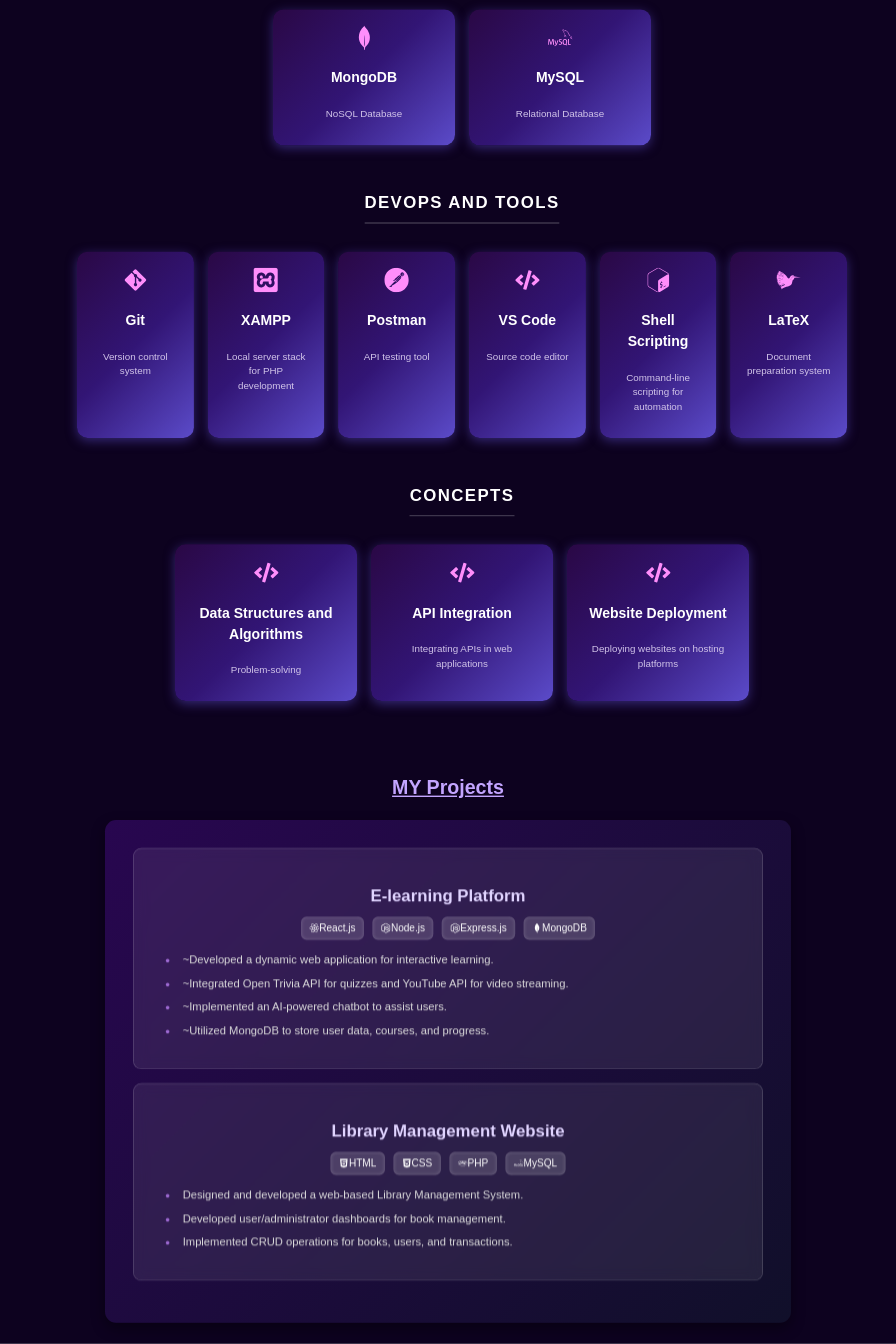
Repository: harshitap1305/Portfolio
Page: /
The author's editor kept a copy of each file at every save. The page is drawn from the files as they stood at one save, then again after a run of saves.
The browser window is 1280 px wide. The pictures show the part of the page from y = 2041 to 3961 px (the page is 3961 px tall), at 70% of full size.
The project was rebuilt for these pictures with package versions that can differ from the ones it lists, and the page was loaded fresh each time. Also part of the build but not shown: vite.config.js.

Above is the page before, as saved 2025-03-27 21:56:25.

### index.html
<!doctype html>
<html lang="en">
  <head>
    <meta charset="UTF-8" />

    <meta name="viewport" content="width=device-width, initial-scale=1.0" />
    <title>Harshita's Portfolio</title>
  </head>
  <body>
    <div id="root"></div>
    <script type="module" src="/src/main.jsx"></script>
  </body>
</html>

### src/App.jsx
import Home from './Home.jsx'

function App() {


  return (
    <>
      <Home/>
    </>
  )
}

export default App

### src/Home.jsx
import React from 'react';
import harshita from './assets/harshita.png';
import './App.css';
import { FaReact, FaHtml5, FaCss3Alt,FaNodeJs, FaPhp,FaGitAlt } from "react-icons/fa";
import { SiNextdotjs, SiExpress,SiMysql,SiMongodb,SiXampp,SiPostman,SiGnubash,SiLatex,SiC,SiCplusplus,SiJavascript } from "react-icons/si";
import { FaCode } from "react-icons/fa";
import Projects from './Projects';

import Cards from './Cards';
const skillsData=[
    {
        category: "Languages",
        skills: [
          { name: "C", description: "Procedural programming language", icon: <SiC/> },
          { name: "C++", description: "Object-oriented programming language", icon: <SiCplusplus/> },
          { name: "Javascript", description: "Scripting language for web development", icon: <SiJavascript/> },

        ]
      },
    {
        category: "Frontend",
        skills: [
          { name: "React.js", description: "Frontend Library", icon: <FaReact/> },
          { name: "HTML", description: "Markup Language", icon: <FaHtml5 /> },
          { name: "CSS", description: "Styling", icon: <FaCss3Alt /> },
          { name: "Next.js", description: "Frontend Framework", icon: <SiNextdotjs /> }
        ]
      },
      {
        category: "Backend",
        skills: [
          { name: "Node.js", description: " JavaScript runtime", icon: <FaNodeJs /> },
          { name: "Express.js", description: "Node.js web framework.", icon: <SiExpress /> },
          { name: "PHP", description: "Backend scripting language", icon: <FaPhp /> }
        ]
      },
      {
        category: "Database",
        skills: [
          { name: "MongoDB", description: "NoSQL Database", icon: <SiMongodb/> },
          { name: "MySQL", description: "Relational Database", icon: <SiMysql /> }
        ]
      },
      {
        category: "DevOps and Tools",
        skills: [
            { name: "Git", description: "Version control system",icon: <FaGitAlt/>,  },
            { name: "XAMPP", description: "Local server stack for PHP development",icon: <SiXampp/>,  },
            { name: "Postman", description: "API testing tool",icon: <SiPostman/> },
            {  name: "VS Code", description: "Source code editor",icon:  <FaCode/>},
            {  name: "Shell Scripting", description: "Command-line scripting for automation",icon: <SiGnubash/> },
            { name: "LaTeX", description: "Document preparation system",icon: <SiLatex/> }
          ]
      },
      {
      category:"Concepts",
      skills:[
        { name: "Data Structures and Algorithms", description: "Problem-solving", icon: <FaCode/> },
        {name:"API Integration",description:"Integrating APIs in web applications",icon:<FaCode/>},
        { name:"Website Deployment",description:"Deploying websites on hosting platforms",icon:<FaCode/> }
      ]
      }
]
const Home = () => {
  return (
    <>
      <img src={harshita} alt="Harshita Patidar" className="harshita" />
      <h2 className="name">Hey, I am Harshita Patidar!</h2>
      <p className="tagline">Computer Science and Engineering (B.Tech) | IIT Bhilai</p>
      <p className="subtext">
      🚀 Passionate developer | Problem solver | Lifelong learner
      </p>
      <p className='intro'>I am Harshita Patidar, a Computer Science and Engineering student at IIT Bhilai, driven by a passion for software development, problem-solving, and impactful technology solutions. I have built and deployed full-stack web applications using React.js, Node.js, Express.js, and MongoDB.I thrive in dynamic environments where innovation meets purpose, and I am eager to apply my skills to challenges that drive meaningful change.</p>
      <div className="education-container">
        <h1 className="education-heading">Education</h1>
        <ul className="education-list">
          <li>
            <span className="edu-degree">B.Tech in Computer Science and Engineering</span> | <b>IIT Bhilai</b> | <b>CGPA: 8.27/10</b> (2023 - 2027)
          </li>
          <li>
            <span className="edu-degree">12th (MPBSE)</span> | BCM Higher Secondary School, Dewas, MP | <b>92%</b> (2023)
          </li>
        </ul>

      </div>
      <h1 className="skills-heading">My Skills</h1>
      <div className="skills-container">
        {skillsData.map((section, index) => (
          <div key={index} className="skill-section">
            <h3 className="skill-category">{section.category}</h3>
            <div className="skill-grid">
              {section.skills.map((skill, i) => (
                <Cards key={i} icon={skill.icon} name={skill.name} description={skill.description} />
              ))}
            </div>
          </div>
        ))}
      </div>
      <h1 className="projects-heading">MY Projects</h1>
      <Projects/>
    </>
  );
};

export default Home;

### src/App.css
/* Background */
body {
  background-color: #0d021f;
  color: white;
  font-family: 'Poppins', sans-serif;
  text-align: center;
  justify-content: center;
  display: flex;
}

/* Image Styling */
.harshita {
  width: 250px;
  border-radius: 50%;
  display: block;
  margin: 50px auto 10px;
  box-shadow: 0px 0px 50px rgba(255, 255, 255, 0.2);
}

/* Name Styling */
.name {
  font-size: 35px;
  font-weight: bold;
  margin-top: 10px;
  color: #c3a5ff; /* Light purple */
}

/* Tagline Styling */
.tagline {
  font-size: 18px;
  margin-top: 5px;
  opacity: 0.8;
}


/* Subtext */
.subtext {
  font-size: 14px;
  margin-top: 5px;
  opacity: 0.7;
}
/* Intro Box */
.intro {
  font-size: 15px;
  line-height: 1.8;
  max-width: 1100px;
  text-align: center;
  margin-top: 20px;
  color: #e5dbff;
  padding: 10px 20px;

}

/* Highlights in Text */
.intro span {
  color: #8a4bff;
  font-weight: bold;
}
/* Education Section */
.education-container {
  margin-top: 20px;
  padding: 15px;
  text-align: left;
  max-width: 100%;
  justify-content: center;
  text-align: center;
}

.education-heading,.skills-heading,.projects-heading {
  font-size: 28px;
  font-weight: bold;
  color: #c3a5ff;
  margin-bottom: 10px;
  text-decoration: underline;


}

.education-list {
  list-style: none;
  padding: 0;
}

.education-list li {
  font-size: 18px;
  line-height: 1.6;
  margin-bottom: 8px;
}

.edu-degree {
  font-weight: bold;
  color: white;
}
.skills-container {
  display: flex;
  flex-direction: column;
  align-items: center;
  justify-content: center;
  width: 100%;
  padding: 50px 20px;
  color: white;
  justify-content: center;

}

.skill-section {
  width: 100%;
  max-width: 1100px;
  margin-bottom: 40px;
  text-align: center;
  justify-content: center;
}

.skill-category{
  font-size: 24px;
  font-weight: bold;
  color: #fff;
  text-transform: uppercase;
  letter-spacing: 2px;
  margin-bottom: 20px;
  padding-bottom: 10px;
  border-bottom: 2px solid rgba(255, 255, 255, 0.2);
  display: inline-block;
}

.skill-grid {
  display: grid;
  grid-template-columns: repeat(auto-fit, minmax(200px, 1fr));
  gap: 20px;
  justify-content: center;
  margin-top: 20px;
}
.skill-grid:has(:nth-child(2):nth-last-child(1)),
.skill-grid:has(:nth-child(2):nth-last-child(2)) {
  display: flex;
  justify-content: center;
  gap: 20px;
}

### src/Projects.jsx
import { FaReact, FaNodeJs, FaDatabase, FaPhp, FaHtml5, FaCss3Alt } from "react-icons/fa";
import { SiMongodb, SiMysql } from "react-icons/si";
import './Projects.css';
const projectsData = [
  {
    name: "E-learning Platform",
    techStack: [
      { name: "React.js", icon: <FaReact /> },
      { name: "Node.js", icon: <FaNodeJs /> },
      { name: "Express.js", icon: <FaNodeJs /> },
      { name: "MongoDB", icon: <SiMongodb /> }
    ],
    description: [
      "~Developed a dynamic web application for interactive learning.",
      "~Integrated Open Trivia API for quizzes and YouTube API for video streaming.",
      "~Implemented an AI-powered chatbot to assist users.",
      "~Utilized MongoDB to store user data, courses, and progress."
    ]
  },
  {
    name: "Library Management Website",
    techStack: [
      { name: "HTML", icon: <FaHtml5 /> },
      { name: "CSS", icon: <FaCss3Alt /> },
      { name: "PHP", icon: <FaPhp /> },
      { name: "MySQL", icon: <SiMysql /> }
    ],
    description: [
      "Designed and developed a web-based Library Management System.",
      "Developed user/administrator dashboards for book management.",
      "Implemented CRUD operations for books, users, and transactions."
    ]
  }
];

function ProjectsSection() {
  return (
    <div className="projects-container">

      {projectsData.map((project, index) => (
        <div key={index} className="project-box">
          <h3 className="project-title">{project.name}</h3>
          <div className="tech-stack">
            {project.techStack.map((tech, i) => (
              <span key={i} className="tech">
                {tech.icon} {tech.name}
              </span>
            ))}
          </div>
          <ul className="project-description">
            {project.description.map((desc, i) => (
              <li key={i}>{desc}</li>
            ))}
          </ul>
        </div>
      ))}
    </div>
  );
}

export default ProjectsSection;

### src/Cards.jsx
import React from 'react'
import './Cards.css'
const Cards = ({name,description,icon}) => {
  return (
    <>
    <div className="skill-card">
    <div className="skill-icon">{icon}</div>
    <h4>{name}</h4>
    <p>{description}</p>
    </div>
  </>
  )
}

export default Cards

### src/Projects.css
.projects-container {
    padding: 40px;
    border-radius: 16px;
    color: white;
    margin: 30px auto;
    max-width: 900px;
    background: linear-gradient(135deg, rgba(43, 7, 85, 0.9), rgba(17, 17, 43, 0.9));
    box-shadow: 0px 8px 20px rgba(0, 0, 0, 0.4);
  }

  .section-title {
    font-size: 2rem;
    font-weight: bold;
    text-align: center;
    margin-bottom: 25px;
    text-transform: uppercase;
    letter-spacing: 2px;
    color: #d4c3ff;
  }

  .project-box {
    background: rgba(255, 255, 255, 0.08);
    border-radius: 12px;
    padding: 25px;
    margin-bottom: 20px;
    transition: transform 0.3s ease-in-out, box-shadow 0.3s ease-in-out;
    backdrop-filter: blur(10px);
    border: 1px solid rgba(255, 255, 255, 0.2);
  }

  .project-box:hover {
    transform: translateY(-6px);
    box-shadow: 0px 10px 25px rgba(0, 0, 0, 0.5);
  }

  .project-title {
    font-size: 1.5rem;
    font-weight: bold;
    margin-bottom: 12px;
    color: #e0d4ff;
    text-align: center;
  }

  .tech-stack {
    display: flex;
    flex-wrap: wrap;
    gap: 12px;
    margin-bottom: 15px;
    justify-content: center;
  }

  .tech {
    display: flex;
    align-items: center;
    background: rgba(255, 255, 255, 0.15);
    padding: 6px 12px;
    border-radius: 8px;
    font-size: 0.9rem;
    color: white;
    font-weight: 500;
    box-shadow: inset 0 0 6px rgba(255, 255, 255, 0.2);
  }

  .project-description {
    list-style: none;
    padding-left: 20px;
    font-size: 1rem;
    line-height: 1.6;
    text-align: left;
  }

  .project-description li {
    margin-bottom: 8px;
    position: relative;
    padding-left: 25px;
    color: #ddd;
  }

  .project-description li::before {
    content: "•";
    position: absolute;
    left: 0;
    color: #a06cd5; /* Matches the theme */
    font-size: 1.2rem;
  }

### src/Cards.css
.skill-card {
    background: linear-gradient(135deg, #2a0845, #321575, #5b4bc9);
    padding: 20px;
    width: 220px;
    border-radius: 15px;
    text-align: center;
    transition: 0.3s;
    box-shadow: 0 4px 15px rgba(91, 75, 201, 0.5);
    position: relative;
    overflow: hidden;
  }

  .skill-card:hover {
    transform: translateY(-5px);
    box-shadow: 0 6px 20px rgba(91, 75, 201, 0.8);
  }

  .skill-card h4 {
    color: #fff;
    font-size: 20px;
    margin-top: 10px;
    font-weight: bold;
  }

  .skill-card p {
    color: #d1c4e9;
    font-size: 14px;
  }

  .skill-icon {
    font-size: 35px;
    color: #ff8efb;
  }

  /* Glowing Effect */
  .skill-card::before {
    content: "";
    position: absolute;
    top: -50%;
    left: -50%;
    width: 200%;
    height: 200%;
    background: radial-gradient(circle, rgba(255, 255, 255, 0.2) 10%, transparent 50%);
    transform: rotate(30deg);
    opacity: 0;
    transition: opacity 0.4s;
  }

  .skill-card:hover::before {
    opacity: 1;
  }

Loaded but not shown: src/main.jsx (common file); src/index.css (common file)

After the next 4 saves:
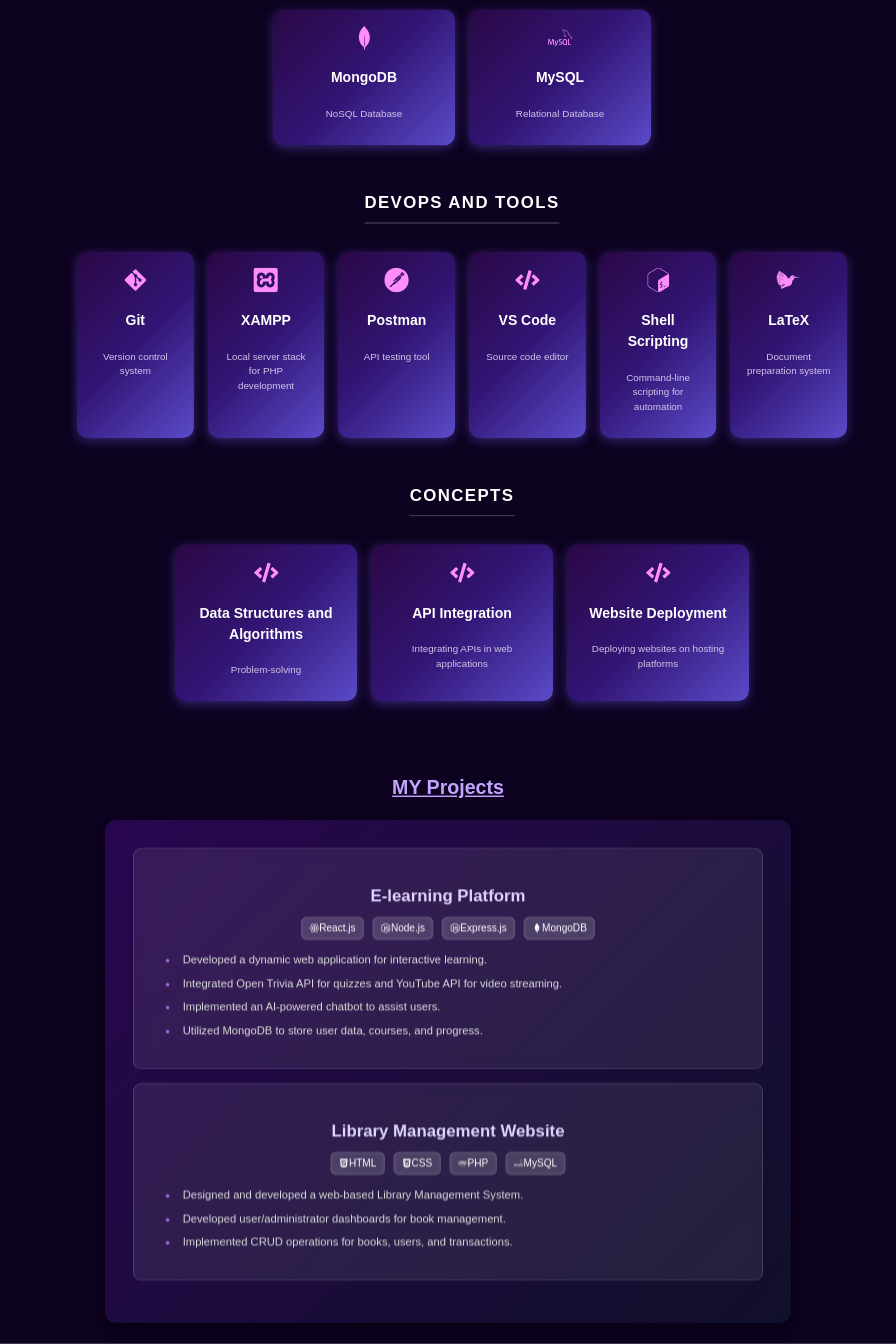
The 4 saves are shown as one change because they came seconds apart.
The last was saved 13 s later.
--- a/src/Projects.jsx
+++ b/src/Projects.jsx
@@ -11,10 +11,10 @@
       { name: "MongoDB", icon: <SiMongodb /> }
     ],
     description: [
-      "~Developed a dynamic web application for interactive learning.",
-      "~Integrated Open Trivia API for quizzes and YouTube API for video streaming.",
-      "~Implemented an AI-powered chatbot to assist users.",
-      "~Utilized MongoDB to store user data, courses, and progress."
+      "Developed a dynamic web application for interactive learning.",
+      "Integrated Open Trivia API for quizzes and YouTube API for video streaming.",
+      "Implemented an AI-powered chatbot to assist users.",
+      "Utilized MongoDB to store user data, courses, and progress."
     ]
   },
   {
